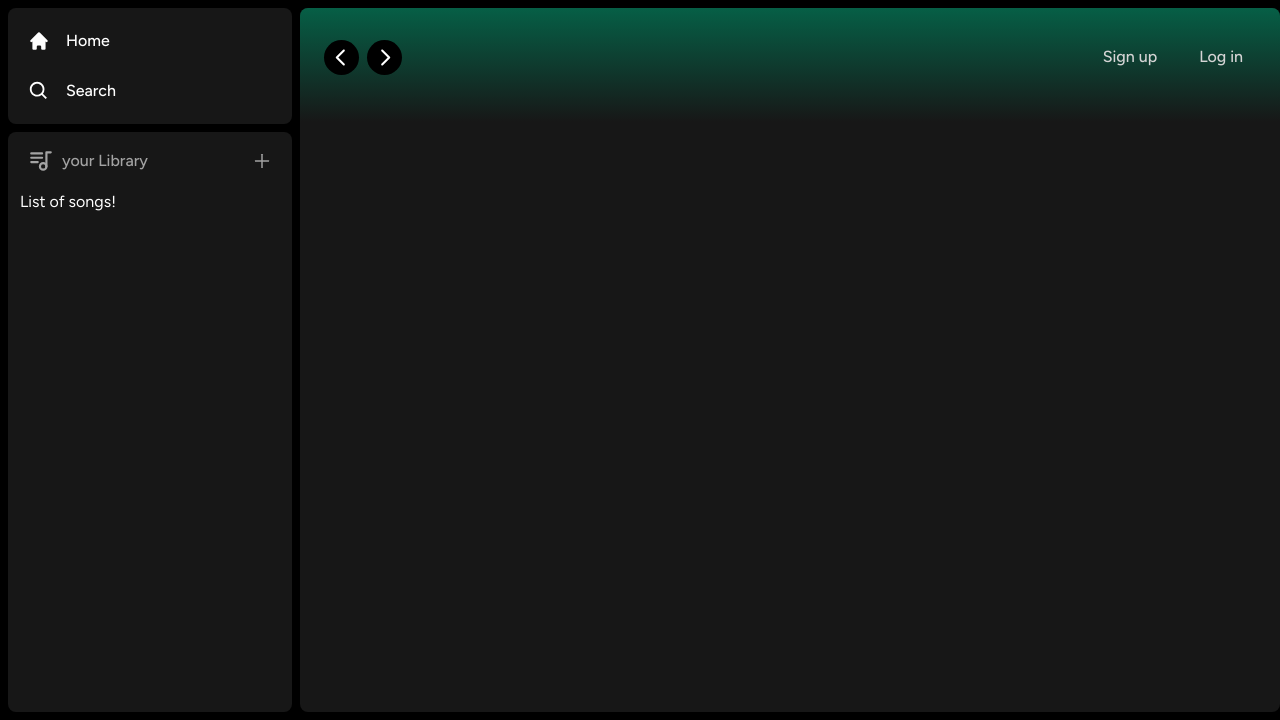
Repository: kjh4357/clone-spotify
Page: /
These files come from the project's save history. The page is drawn as it stood at one moment and after the next save; the edit follows.
The browser window is 1280 px wide. The pictures show the whole page.
The project was rebuilt for these pictures with package versions that can differ from the ones it lists, and the page was loaded fresh each time. The framework's server and built-in components were replaced by stand-ins that run in the browser. Also part of the build but not shown: next.config.mjs.

Above is the page before, as saved 2024-09-25 17:43:38.

After the next save:
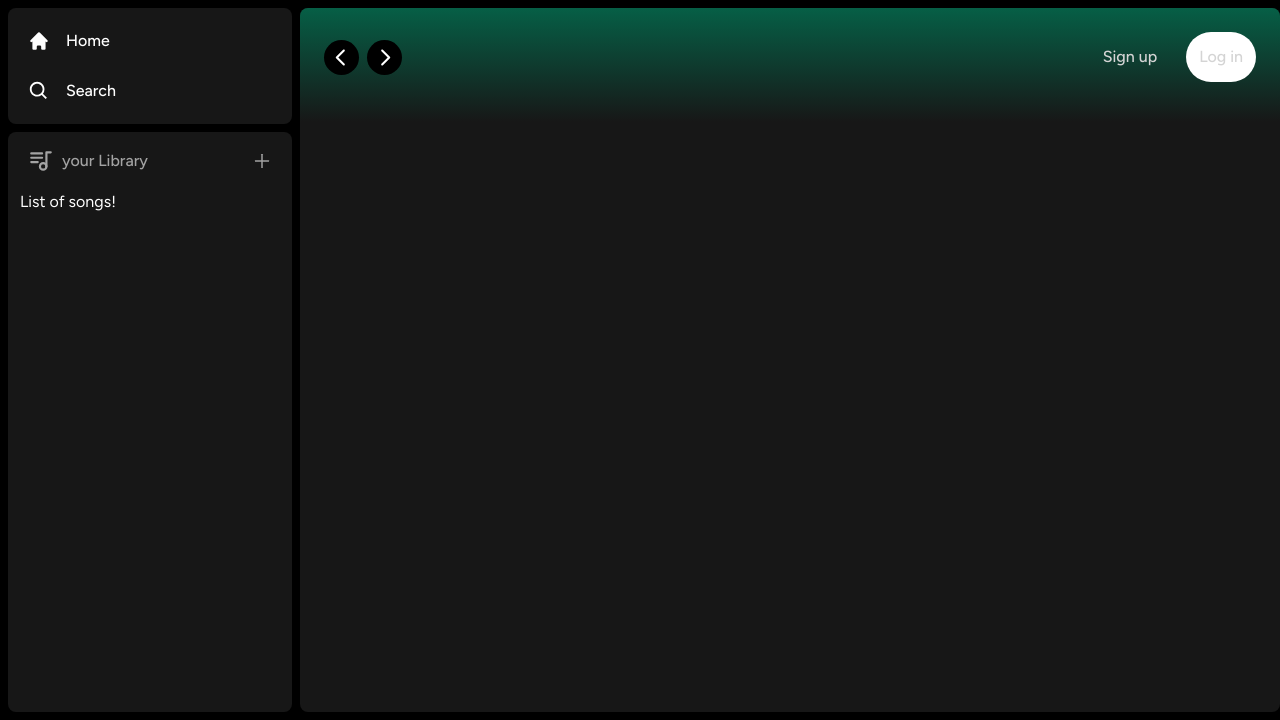
Saved 14 s later.
--- a/src/components/Header.tsx
+++ b/src/components/Header.tsx
@@ -54,7 +54,7 @@ const Header: React.FC<HeaderProps> = ({ children, classname }) => {
               </Button>
             </div>
             <div>
-              <Button className='bg-transparent text-neutral-300 font-medium'>
+              <Button className='bg-white text-neutral-300 font-medium'>
                 Log in
               </Button>
             </div>
